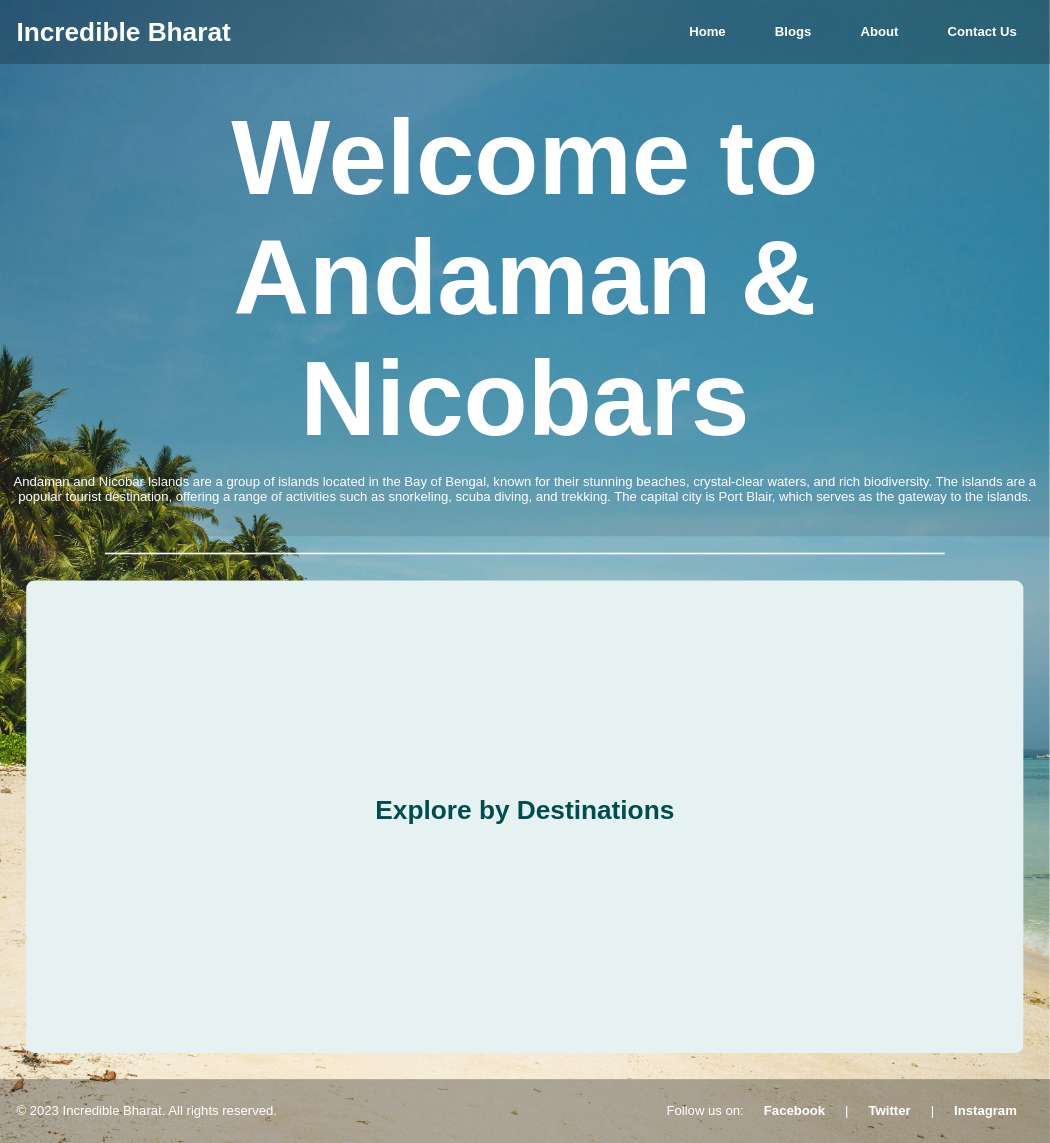
Repository: jaidhiman111/incrediblebharat
Page: destinations/Andaman&Nicobar.html
The author's editor kept a copy of each file at every save. The page is drawn from the files as they stood at one save, then again after the next save.
The browser window is 1280 px wide. The pictures show the whole page, at 82% of full size.

Above is the page before, as saved 2025-04-30 23:16:26.

### destinations/Andaman&Nicobar.html
<!DOCTYPE html>
<html lang="en">

<head>
    <meta charset="UTF-8">
    <link rel="stylesheet" href="/assets/style.css">
    <meta name="viewport" content="width=device-width, initial-scale=1.0">
    <title>Document</title>
</head>

<body class="andaman-nicobar">
    <!-- This is the header of the page. -->
    <header class="header">
        <div class="logo">
            <h1>Incredible Bharat</h1>
        </div>
        <div class="nav">
            <nav>
                <ul>
                    <li>
                        <a href="/index.html">Home</a>
                        <a href="#">Blogs</a>
                        <a href="#">About</a>
                        <a href="#">Contact Us</a>
                    </li>
                </ul>
            </nav>
        </div>
    </header>
    <!-- This is the main content of the page. -->
    <main class="main-container">
        <section class="hero-section">
            <h2>Welcome to Andaman & Nicobars</h2>
            <p>Andaman and Nicobar Islands are a group of islands located in the Bay of Bengal, known for their stunning beaches, crystal-clear waters, and rich biodiversity. The islands are a popular tourist destination, offering a range of activities such as snorkeling, scuba diving, and trekking. The capital city is Port Blair, which serves as the gateway to the islands.</p>
        </section>
        <hr>
        <section class="state-section">
            <div>
                <h2>Explore by Destinations</h2>
            </div>

        </section>
    </main>
    <!-- This is the footer of the page. -->
    <footer class="footer">
        <div>
            <p>&copy; 2023 Incredible Bharat. All rights reserved.</p>
        </div>
        <div>
            <p>Follow us on:
                <a href="#">Facebook</a> |
                <a href="#">Twitter</a> |
                <a href="#">Instagram</a>
        </div>
    </footer>
</body>

</html>

### assets/style.css
* {
    box-sizing: border-box;
    margin: 0;
    padding: 0;
}

.home {
    font-family: Arial, sans-serif;
    background-image: url('/media/bg-cover.jpg');
    background-size: cover;
    background-repeat: no-repeat;
    background-position: center;
    color: #fff;
}

.andaman-nicobar {
    font-family: Arial, sans-serif;
    background-image: url('/media/andaman.jpg');
    background-size: cover;
    background-repeat: no-repeat;
    background-position: center;
    color: #fff;
}


/* This is for header */
.header {
    background-color: rgba(0, 0, 0, 0.3);
    display: flex;
    justify-content: space-between;
    align-items: center;
    padding: 20px;
    position: sticky;
    top: 0;
    text-align: center;
}

li {
    list-style: none;
    display: flex;
    gap: 20px;
}

li a {
    /* background-color:aqua ; */
    padding: 10px 20px;
    border-radius: 5px;
    text-decoration: none;
    color: #fff;
    font-weight: bold;
}

li a:hover {
    color: #fff;
    transform: scale(1.1);
    /* background-color: rgba(0, 0, 0, 0.4); */
}

/* This is for section */
section{
    background-color: rgba(0, 0, 0, 0.1);
}

.hero-section {
    display: flex;
    flex-direction: column;    /* stack items vertically */
    justify-content: center;   /* center vertically */
    align-items: center;       /* center horizontally */
    height: 80vh;
    text-align: center;
}

.hero-section h2 {
    font-size: 8rem;
    margin-bottom: 20px;
}

.hero-section a {
    text-decoration: none;
    color: #fff;
    font-size: 1.5rem;
    margin-bottom: 20px;
}

.hero-section a:hover {
    color: #fff;
    text-decoration: underline;
    transform: scale(1.1);
    transition: transform 0.3s ease-in-out;
}

hr {
    width: 80%;
    margin: 20px auto;
    border: 1px solid #fff;
}

.state-section {
    display: flex;
    flex-direction: column;    /* stack items vertically */
    justify-content: center;
    align-items: center;
    height: 80vh;
    text-align: center;
}

.state-section h2 {
    font-size: 3rem;
    margin-bottom: 20px;
}

.state-button {
    padding: 30px;
    max-width: 100rem;
    margin: 0 auto;
  }

  .state-button button {
    background-color: rgba(0, 0, 0, 0.4);  /* Soft blue */
    border: none;
    border-radius: 8px;
    margin: 10px ;
    padding: 12px 20px;
    cursor: pointer;
    transition: background-color 0.3s ease;
    font-size: 16px;
    font-weight: 500;
  }

  .state-button button a {
    color: #ffffff;
    text-decoration: none;
    display: block;
    width: 100%;
    height: 100%;
  }

  .state-button button:hover {
    background-color: rgba(0, 0, 0, 0.7); /* Darker blue on hover */
    transform: scale(1.1); /* Slightly enlarge the button on hover */
    transition: transform 0.3s ease-in-out;
  }

  /* This is for footer */

.footer {
    background-color: rgba(0, 0, 0, 0.3);
    display: flex;
    justify-content: space-between;
    align-items: center;
    padding: 20px;
    position: relative;
    bottom: 0;
    text-align: center;
}

.footer li {
    list-style: none;
    display: flex;
    gap: 20px;
}

.footer a {
    display: inline-block;
    padding: 10px 20px;
    border-radius: 5px;
    text-decoration: none;
    color: #fff;
    font-weight: bold;
}
.footer a:hover {
    color: #fff;
    transform: scale(1.1);

}

/* This is for media queries */
/* --- Andaman & Nicobar Page Enhancements --- */

.state-section {
    padding: 2rem;
    background-color: #e6f2f2;
    border-radius: 10px;
    margin: 2rem;
}

.state-section h2 {
    font-size: 2rem;
    margin-bottom: 1rem;
    color: #014d4e;
}

.state-section p {
    font-size: 1.1rem;
    margin-bottom: 2rem;
    line-height: 1.6;
}

.category {
    margin-bottom: 2rem;
    padding: 1rem;
    background-color: #ffffff;
    border-left: 5px solid #019494;
    box-shadow: 0 2px 5px rgba(0, 0, 0, 0.05);
    border-radius: 6px;
}

.category h3 {
    font-size: 1.5rem;
    color: #007575;
    margin-bottom: 0.5rem;
}

.category ul {
    padding-left: 1.2rem;
    list-style-type: disc;
    line-height: 1.6;
}

.category ul li {
    margin-bottom: 0.5rem;
    font-size: 1rem;
}

After the next save:
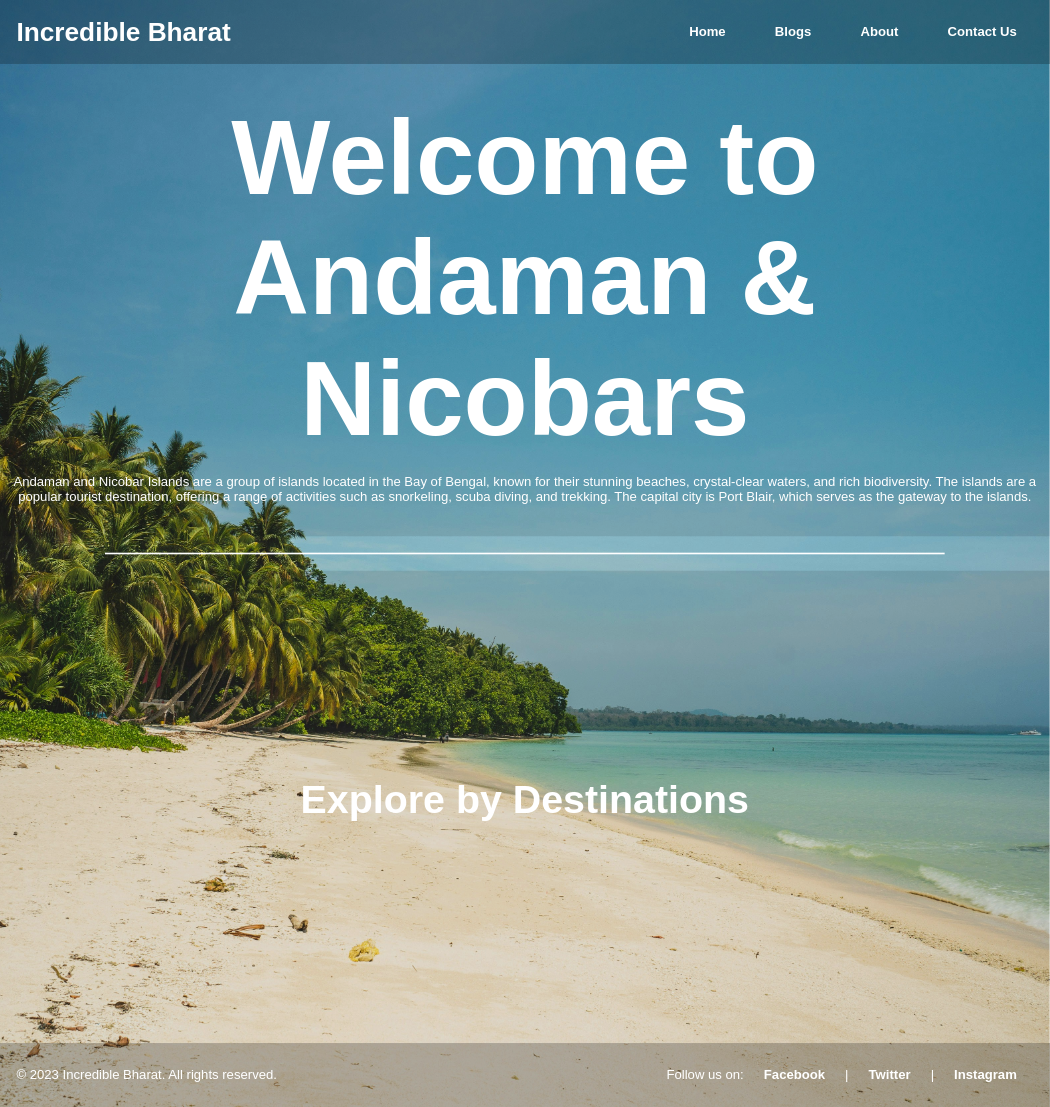
Saved 43 s later.
--- a/assets/style.css
+++ b/assets/style.css
@@ -176,48 +176,3 @@ hr {
 
 /* This is for media queries */
 /* --- Andaman & Nicobar Page Enhancements --- */
-
-.state-section {
-    padding: 2rem;
-    background-color: #e6f2f2;
-    border-radius: 10px;
-    margin: 2rem;
-}
-
-.state-section h2 {
-    font-size: 2rem;
-    margin-bottom: 1rem;
-    color: #014d4e;
-}
-
-.state-section p {
-    font-size: 1.1rem;
-    margin-bottom: 2rem;
-    line-height: 1.6;
-}
-
-.category {
-    margin-bottom: 2rem;
-    padding: 1rem;
-    background-color: #ffffff;
-    border-left: 5px solid #019494;
-    box-shadow: 0 2px 5px rgba(0, 0, 0, 0.05);
-    border-radius: 6px;
-}
-
-.category h3 {
-    font-size: 1.5rem;
-    color: #007575;
-    margin-bottom: 0.5rem;
-}
-
-.category ul {
-    padding-left: 1.2rem;
-    list-style-type: disc;
-    line-height: 1.6;
-}
-
-.category ul li {
-    margin-bottom: 0.5rem;
-    font-size: 1rem;
-}
